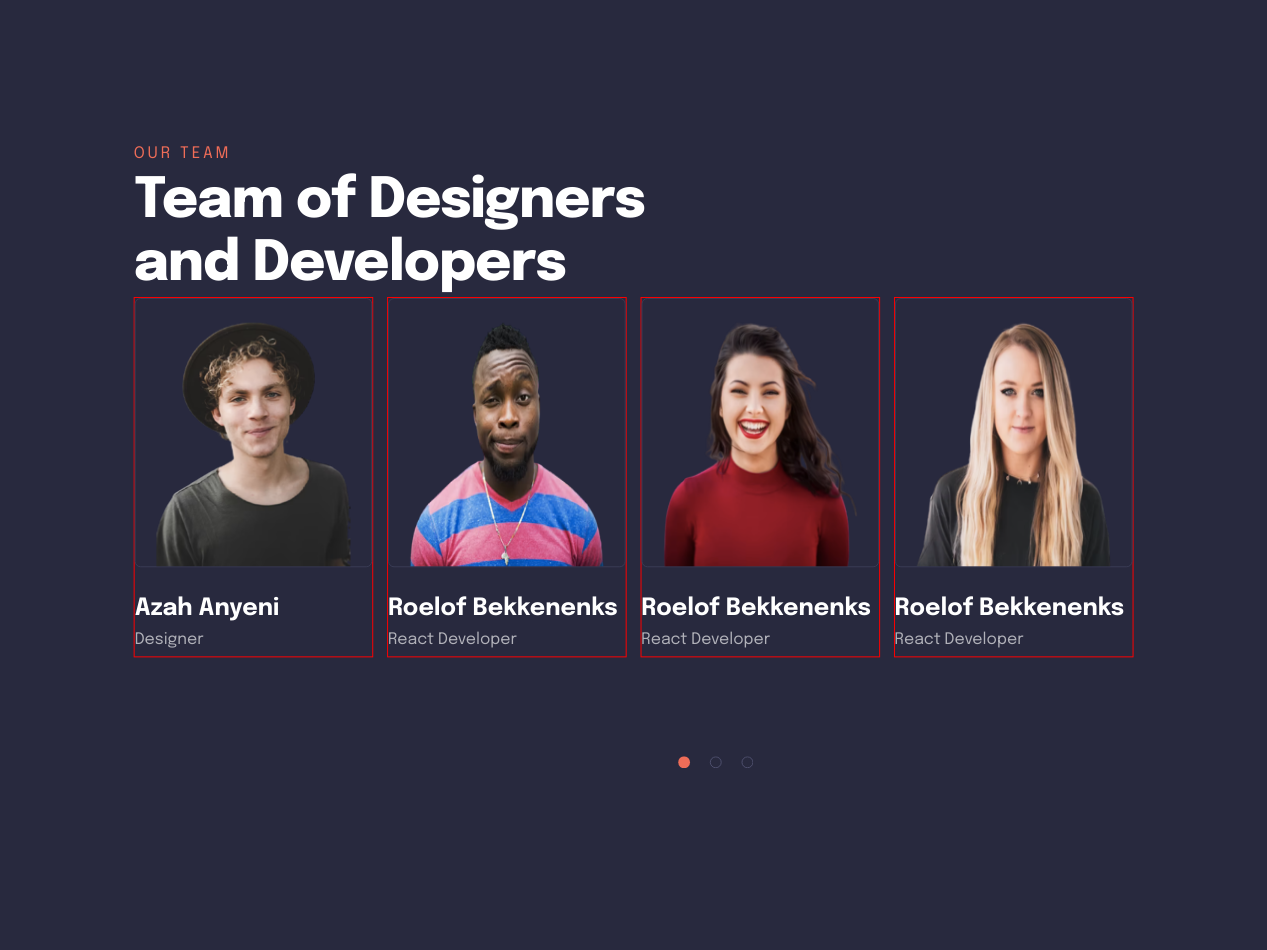
Repository: HeybetzadeQedim/task-6
Page: TEAM/index.html
These files come from the project's save history. The page is drawn as it stood at one moment and after the next save; the edit follows.
The browser window is 1280 px wide. The pictures show the whole page, at 99% of full size.

Above is the page before, as saved 2023-10-30 16:25:58.

After the next save:
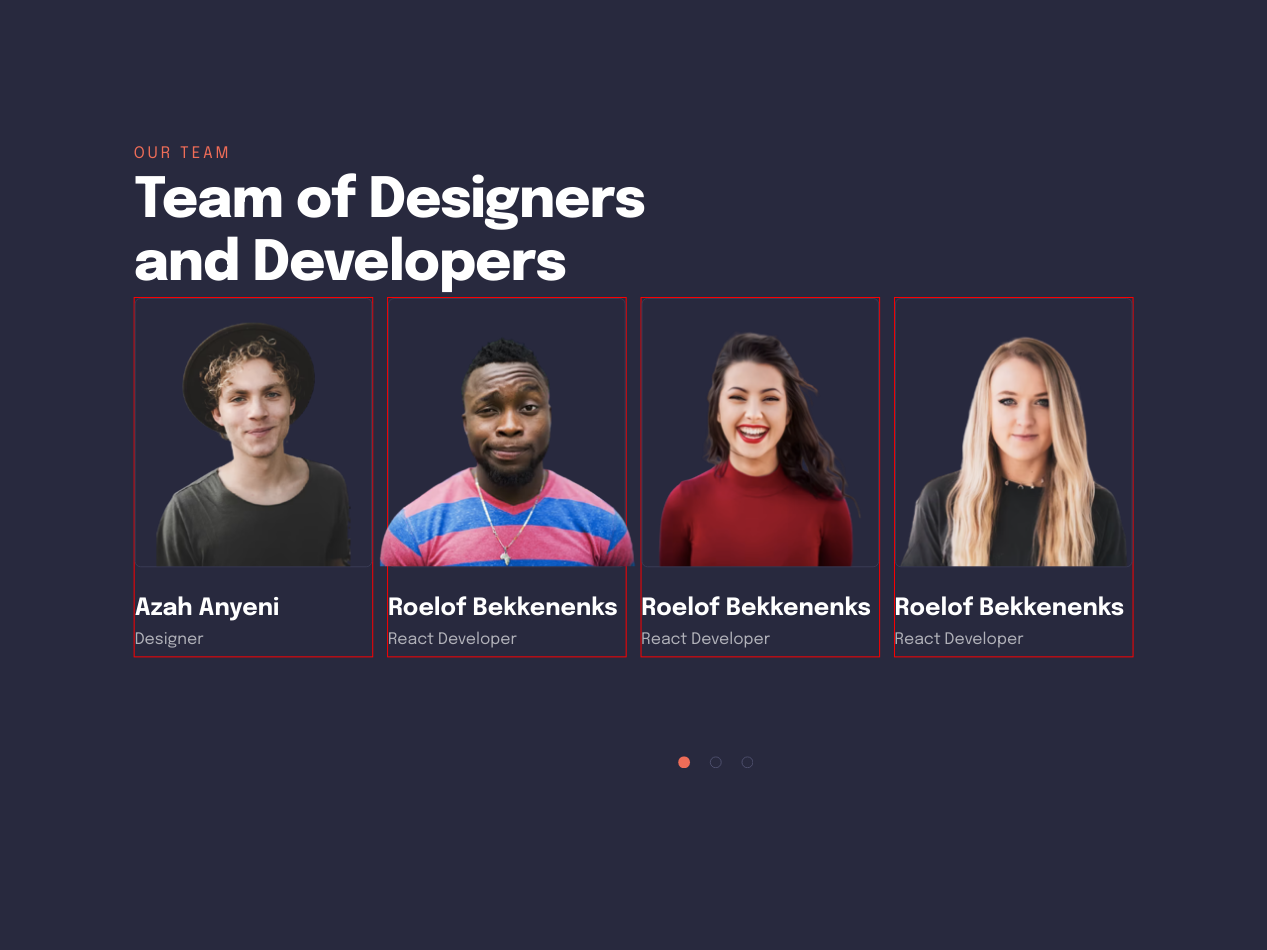
Saved 18 s later.
--- a/TEAM/index.css
+++ b/TEAM/index.css
@@ -87,7 +87,7 @@
   border: 1px solid #3a3c56;
   display: inline-block;
 } */
- img:first-child {
+ img:first-chil {
   width: 196px;
   height: 247px;
 }

After the save that followed:
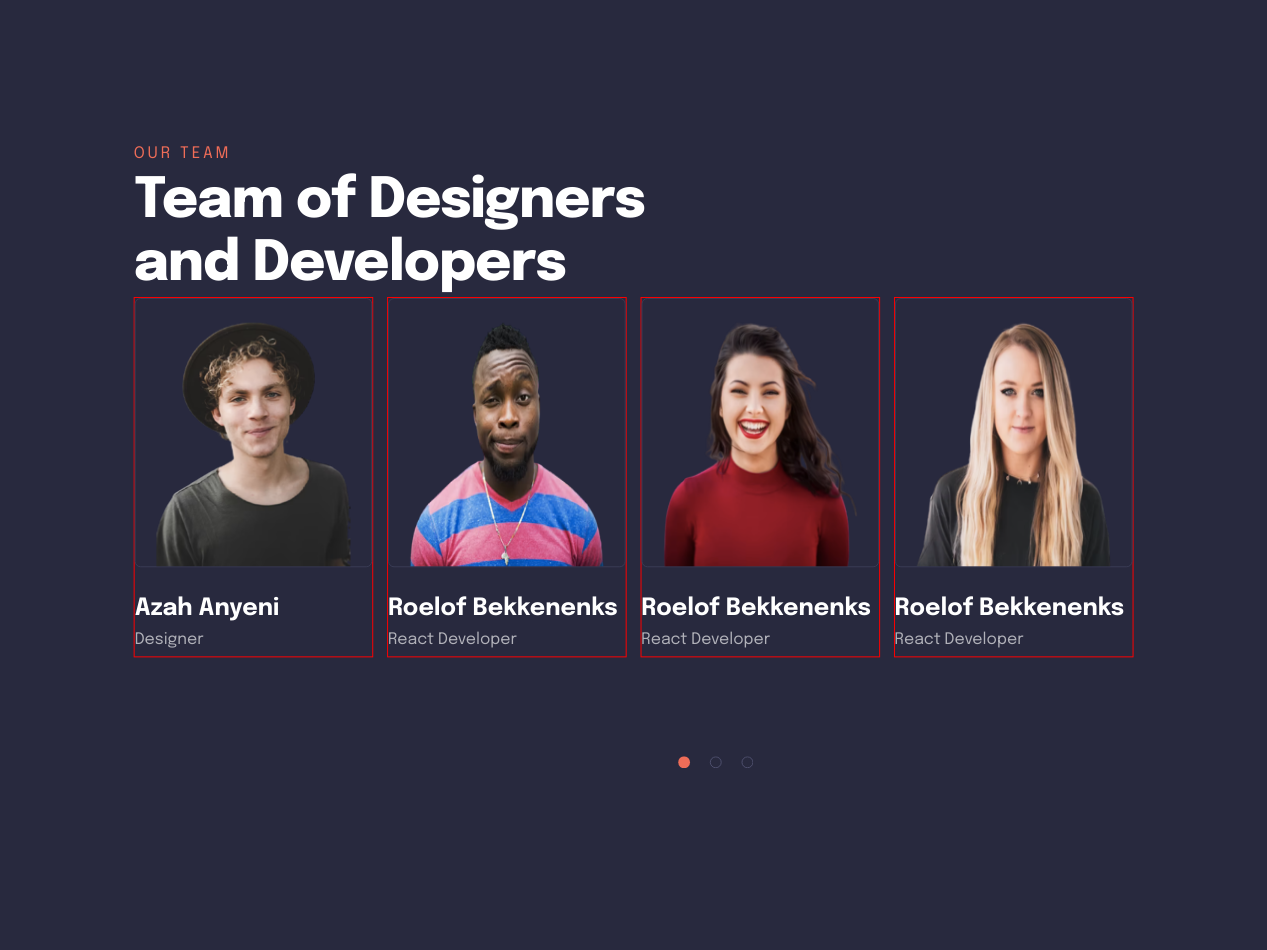
Saved 4 s later.
--- a/TEAM/index.css
+++ b/TEAM/index.css
@@ -87,7 +87,7 @@
   border: 1px solid #3a3c56;
   display: inline-block;
 } */
- img:first-chil {
+ img {
   width: 196px;
   height: 247px;
 }
